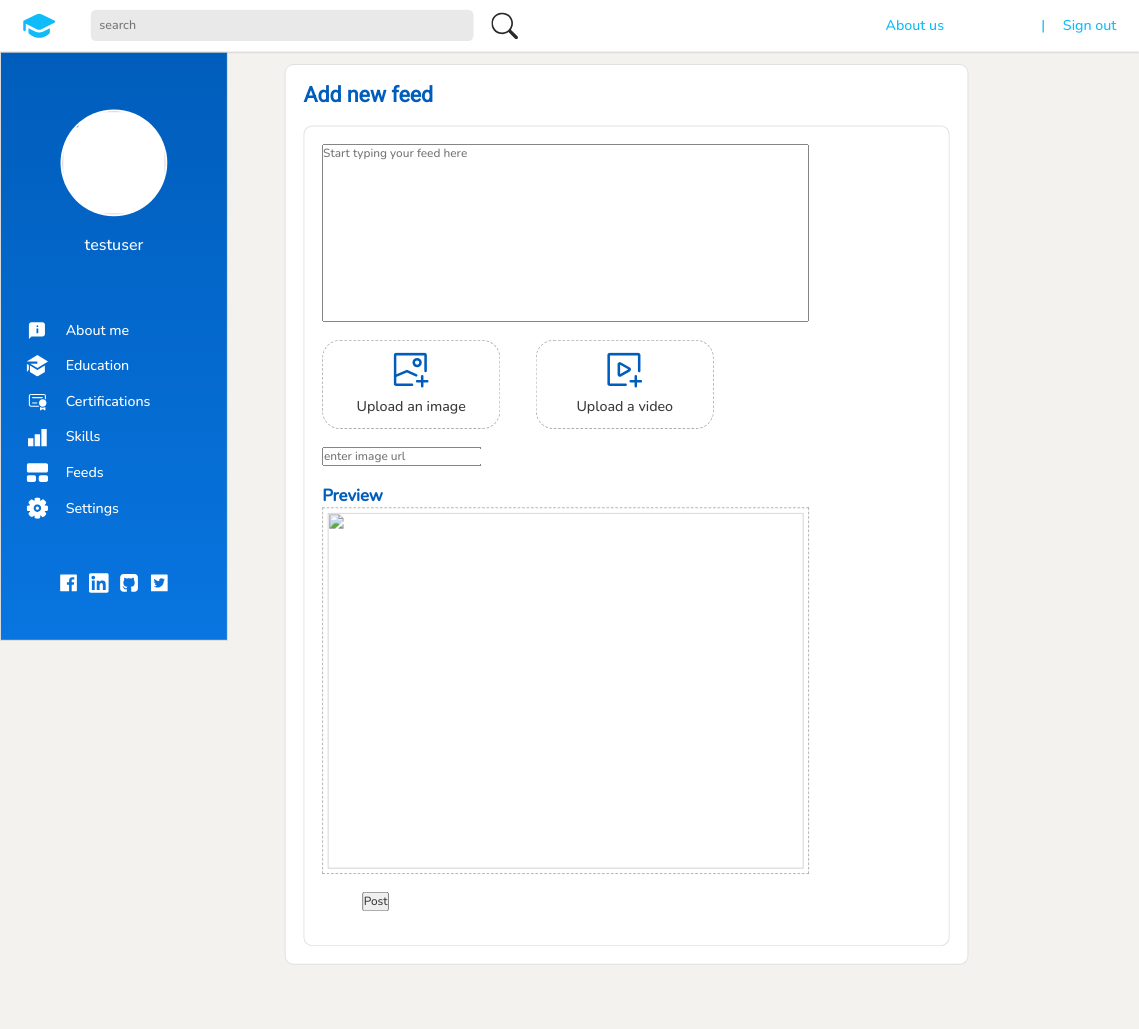
Repository: Mighil31/student_profile
Page: http://localhost/student_profile/feed/new_feed
An editor plug-in stored every save of this project. The page is shown before and after the next save, followed by the edit.
The browser window is 1280 px wide. The pictures show the whole page, at 89% of full size.
The page is served by Tomcat 9. The session is filled in as if someone had signed in: {"userID": 1, "userName": "testuser", "logged": true, "dp": 1}.

Above is the page before, as saved 2021-10-28 17:07:18.

After the next save:
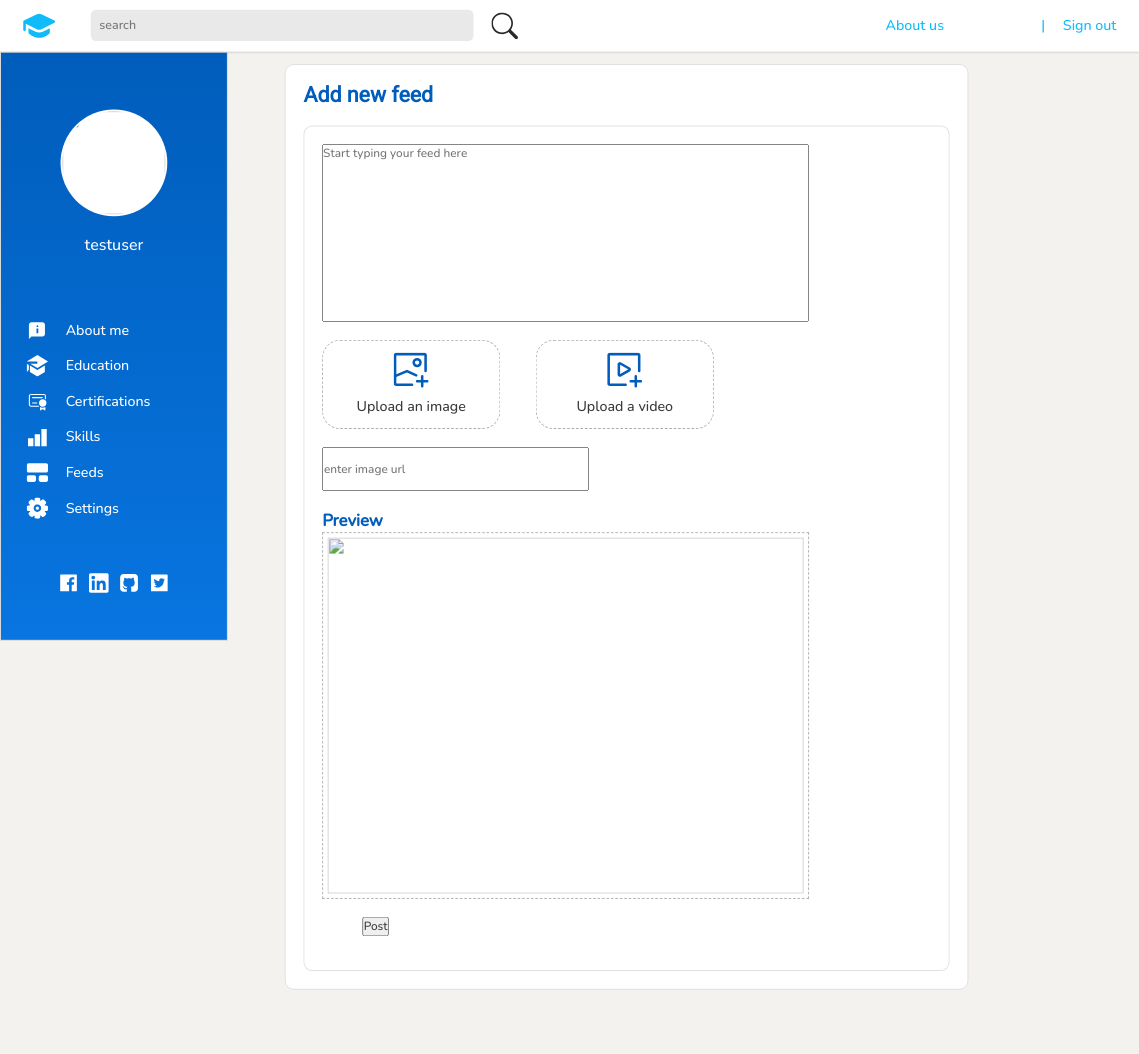
Saved 88 s later.
--- a/student_profile/src/main/webapp/styles/addFeed.css
+++ b/student_profile/src/main/webapp/styles/addFeed.css
@@ -186,6 +186,10 @@ body .addFeedComponent .resourceOptions .addMedia svg {
 body .addFeedComponent .resourceOptions .addMedia:hover {
   background: rgba(231, 231, 231, 0.836);
 }
+body .addFeedComponent .tempImageURLLoader{
+	width:300px;
+	height:50px;
+}
 
 body .addFeedComponent .PostFeedButton {
   width: 120px;
